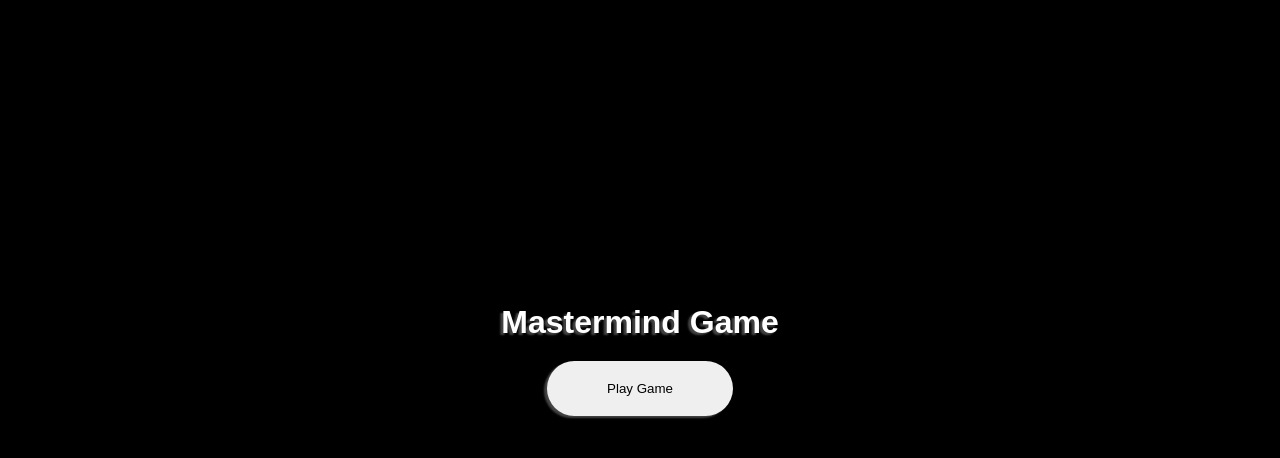
Repository: programmer686/Mastermind-with-Next.js
Page: /
The author's editor kept a copy of each file at every save. The page is drawn from the files as they stood at one save, then again after the next save.
The browser window is 1280 px wide. The pictures show the whole page.
The project was rebuilt for these pictures with package versions that can differ from the ones it lists, and the page was loaded fresh each time. The framework's server and built-in components were replaced by stand-ins that run in the browser. Also part of the build but not shown: next.config.js, src/styles/GameBoard.module.css, src/styles/PastPlay.module.css, src/comps/PastPlay.js, src/styles/GamePlay.module.css, src/comps/Logic.js, src/styles/Results.module.css, src/comps/Results.js and 3 more.

Above is the page before, as saved 2023-07-18 20:33:14.

### src/pages/index.js

import Head from 'next/head'
import Image from 'next/image'
import { Inter } from 'next/font/google'
import styles from '@/styles/Home.module.css'
import StartScreen from '@/comps/StartScreen'
import { useState } from 'react'
import GameBoard from '@/comps/GameBoard'

const inter = Inter({ subsets: ['latin'] })

export default function Home() {
  const [startGame, setStartGame] = useState(true);

  function handleStart() {
    setStartGame(prev => prev ? prev == false : prev == prev);
  }
  return (
    <>
      <Head>
        <title>Create Next App</title>
        <meta name="description" content="Generated by create next app" />
        <meta name="viewport" content="width=device-width, initial-scale=1" />
        <link rel="icon" href="/favicon.ico" />
      </Head>
     <main className={styles.index__body}>
        {startGame ? <StartScreen handleStart={handleStart}/> : <GameBoard/>}
     </main>
    </>
  )
}

### src/styles/Home.module.css


.index__body {
  margin: 0;
  padding: 0;
  box-sizing: border-box;
  width: 100vw;
  height: 100vh;
  background-color: black;
}

### src/comps/StartScreen.js
import styles from '@/styles/StartScreen.module.css'

export default function StartScreen(props) {
    return (
        <main className={styles.startscreen__body}>
            <p className={styles.startscreen__game_name}>Mastermind Game</p>
            <button onClick={props.handleStart} className={styles.startscreen__play_button}>Play Game</button>
        </main>
    )
}

### src/styles/StartScreen.module.css
.startscreen__body {
    width: 100vw;
    height: 100vh;
    display: flex;
    flex-direction: column;
    align-items: center;
    justify-content: center;
}

.startscreen__play_button {
    max-width: 300px;
    padding: 20px 60px;
    border: none;
    border-radius: 40px;
    box-shadow: -3px 2px 2px rgb(68, 68, 68);
    margin-top: 10px;

}

.startscreen__game_name {
    font-size: 2rem;
    font-weight: bolder;
    font-family: Arial, Helvetica, sans-serif;
    margin-bottom: 10px;
    text-shadow: -3px 2px 2px rgb(68, 68, 68);
    color: white;
}

Loaded but not shown: src/pages/_app.js (common file); src/pages/_document.js (common file); src/styles/globals.css (common file)

After the next save:
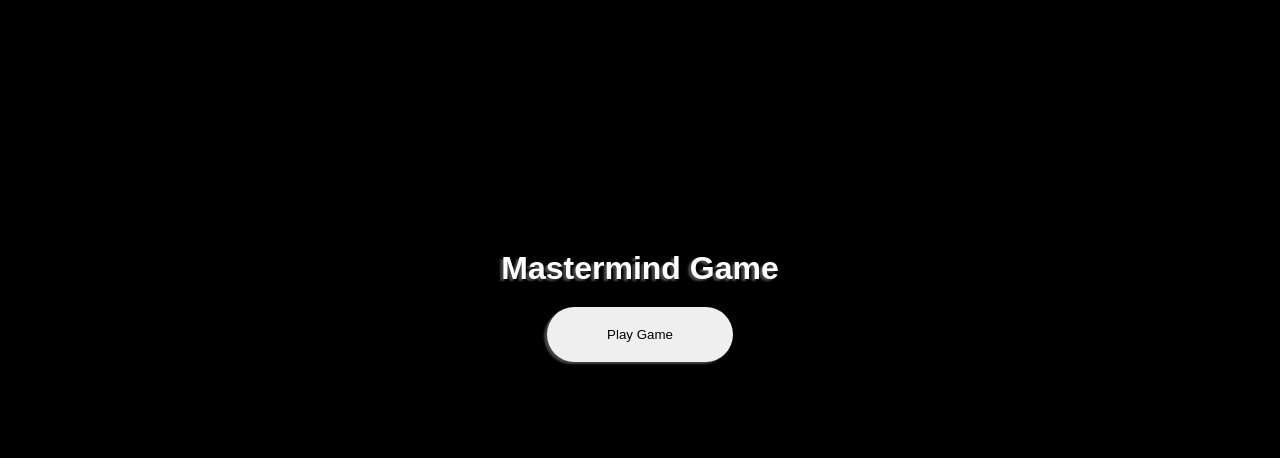
Saved 2 min 54 s later.
--- a/src/comps/StartScreen.js
+++ b/src/comps/StartScreen.js
@@ -5,6 +5,16 @@ export default function StartScreen(props) {
         <main className={styles.startscreen__body}>
             <p className={styles.startscreen__game_name}>Mastermind Game</p>
             <button onClick={props.handleStart} className={styles.startscreen__play_button}>Play Game</button>
+            <div>
+                <p>Game play</p>
+                <ul>
+                    <li>a random code will be generated at the start of the game</li>
+                    <li>You have 10 turns to guess the secret code</li>
+                    <li>Every guess you make will be stored so you can reference it</li>
+                    <li>You win if you guess the code before you run out of turns</li>
+                    <li>If you do not then you lose</li>
+                </ul>
+            </div>
         </main>
     )
 }
